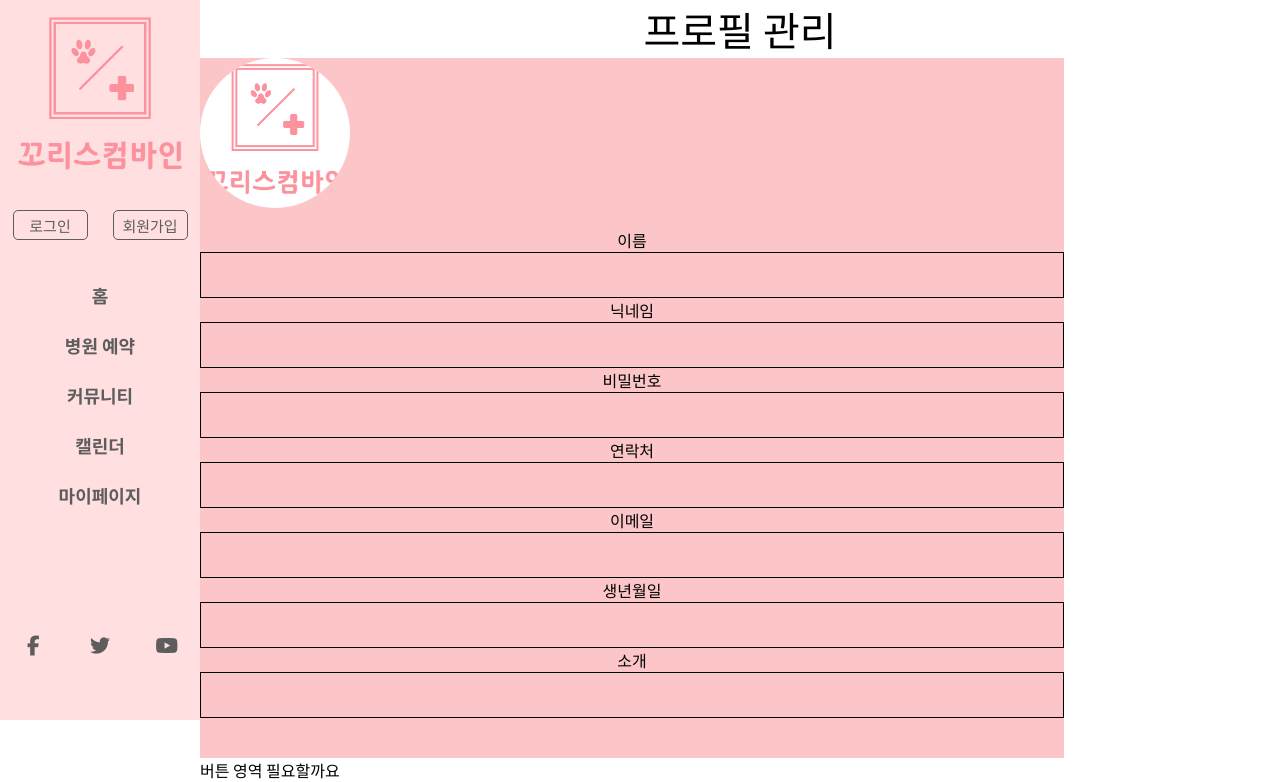
Repository: dodnam/kkoris
Page: http://localhost/1_kkoris/reservation2.jsp
An editor plug-in stored every save of this project. The page is shown before and after the next save, followed by the edit.
The browser window is 1280 px wide. The pictures show the whole page.
Some web libraries are served in a nearby version. The page is served by Tomcat 9.

Above is the page before, as saved 2020-02-17 14:49:02.

After the next save:
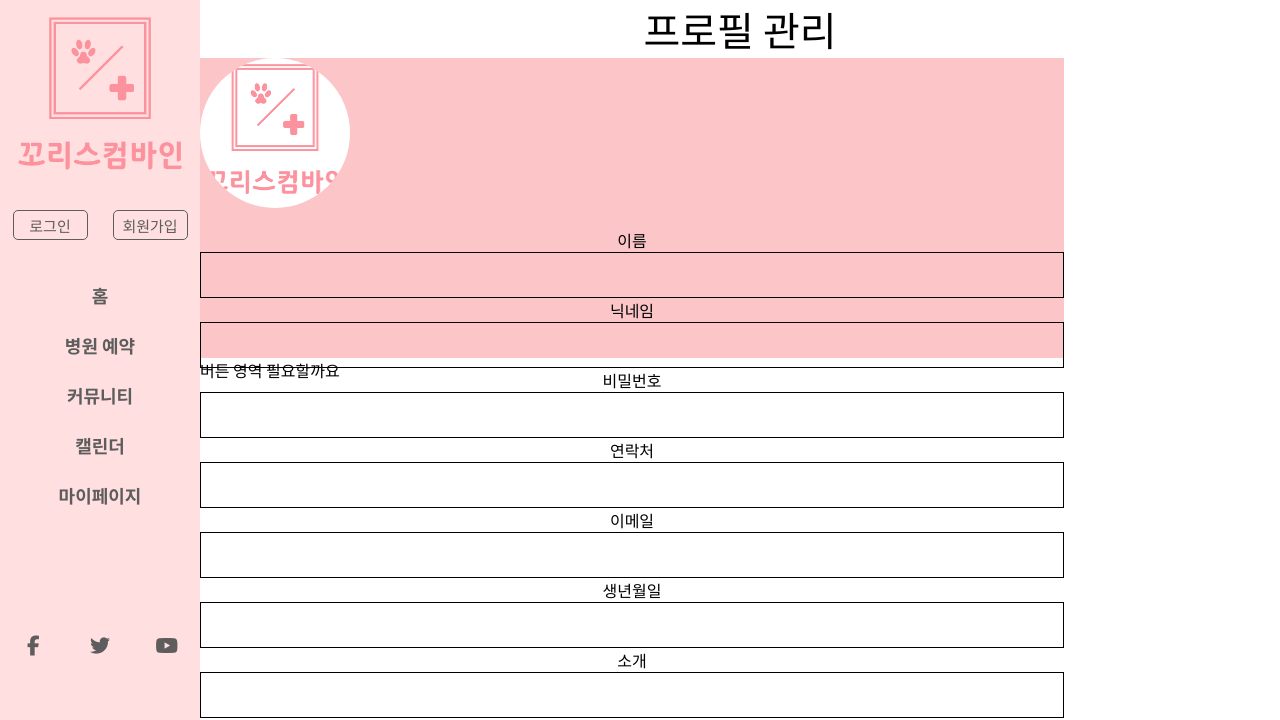
Saved 7 s later.
--- a/1_kkoris/WebContent/reservation2.jsp
+++ b/1_kkoris/WebContent/reservation2.jsp
@@ -8,7 +8,7 @@
 <link rel="stylesheet" type="text/css" href="<%= request.getContextPath() %>/css/index.css"/>
 <link rel="stylesheet" type="text/css" href="<%= request.getContextPath() %>/css/layout.css"/>
 <style>
-	.box_con{width:80%; height:700px; background-color:#fcc6c9; left:30px;right:30px; text-align:center;}
+	.box_con{width:80%; height:300px; background-color:#fcc6c9; left:30px;right:30px; text-align:center;}
 	.box{width: 150px; height:150px; border-radius:70%; overflow:hidden; background-color:#fff;top:20px;text-align:center;}
 	.profile{width: 100%; height:100%; object-fit:cover;}
 	.userTitle{font-size:40px; text-align:center; top:30px;}
